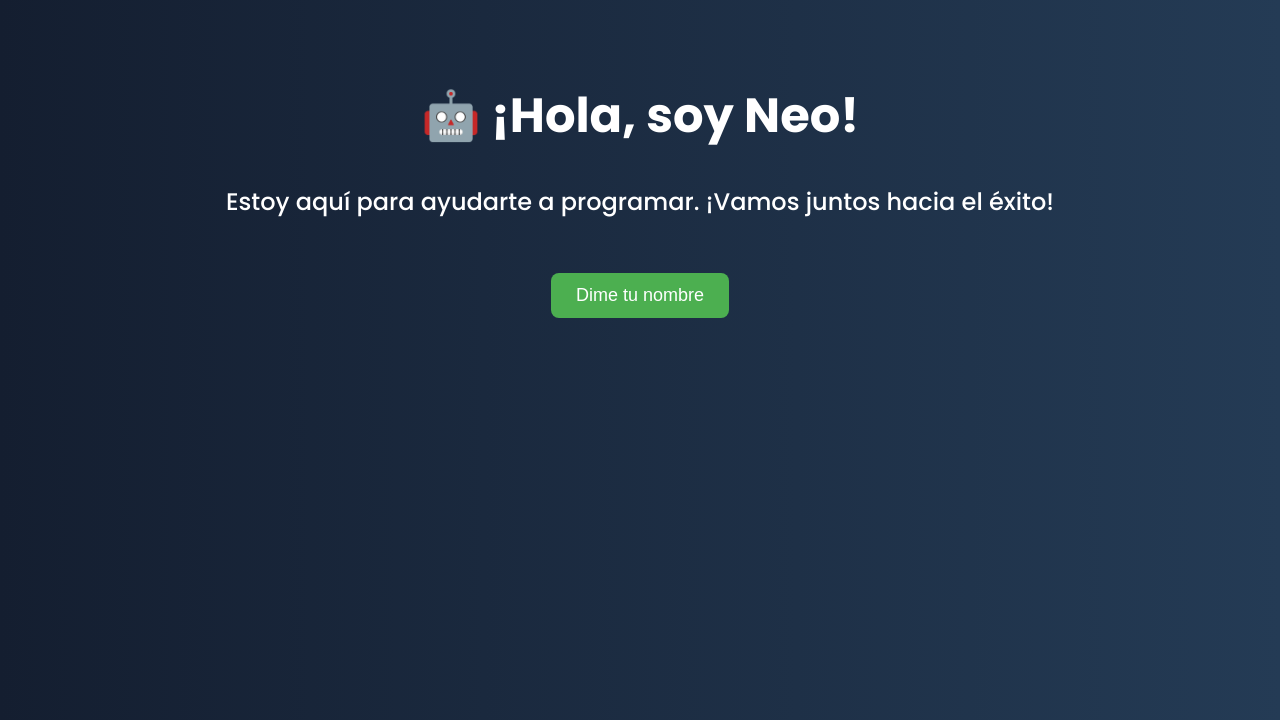
Repository: TapZc/getya_proyect
Page: Neo2.html
The author's editor kept a copy of each file at every save. The page is drawn from the files as they stood at one save, then again after the next save.
The browser window is 1280 px wide. The pictures show the whole page.

Above is the page before, as saved 2025-02-18 23:03:50.

After the next save:
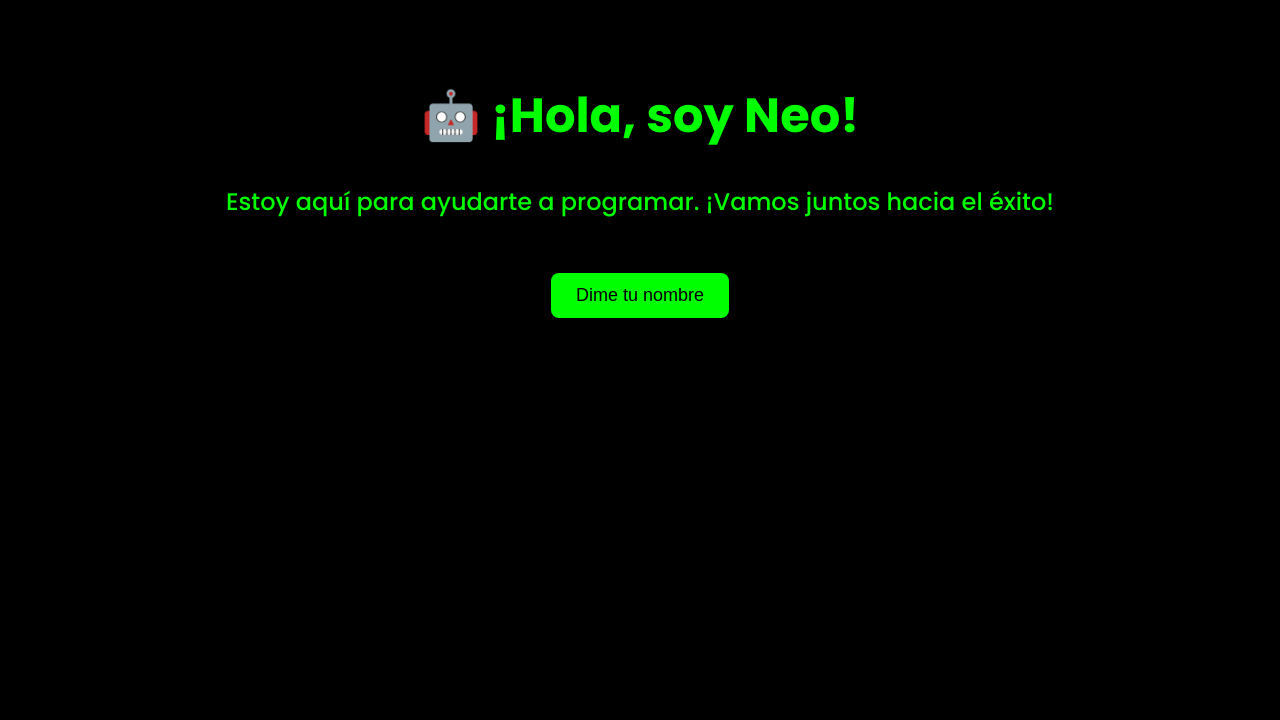
Saved 105 s later.
--- a/Neo2.html
+++ b/Neo2.html
@@ -3,14 +3,14 @@
   <head>
     <meta charset="UTF-8" />
     <meta name="viewport" content="width=device-width, initial-scale=1.0" />
-    <title>Neo 2.0 - Tu Ayudante Programador</title>
+    <title>Neo 2.1 - Tu Ayudante Programador</title>
     <link rel="preconnect" href="https://fonts.googleapis.com">
     <link href="https://fonts.googleapis.com/css2?family=Poppins:wght@300;500;700&display=swap" rel="stylesheet">
     <style>
       body {
         font-family: 'Poppins', sans-serif;
-        background: linear-gradient(to right, #141e30, #243b55);
-        color: white;
+        background-color: #000; /* Negro puro */
+        color: #00FF00; /* Verde brillante */
         text-align: center;
         margin-top: 80px;
       }
@@ -27,15 +27,15 @@
         margin-top: 30px;
         padding: 12px 25px;
         font-size: 18px;
-        background-color: #4CAF50;
-        color: white;
+        background-color: #00FF00;
+        color: #000;
         border: none;
         border-radius: 8px;
         cursor: pointer;
         transition: background-color 0.3s ease, transform 0.2s ease;
       }
       button:hover {
-        background-color: #45a049;
+        background-color: #00cc00;
         transform: scale(1.1);
       }
       @keyframes aparecer {
